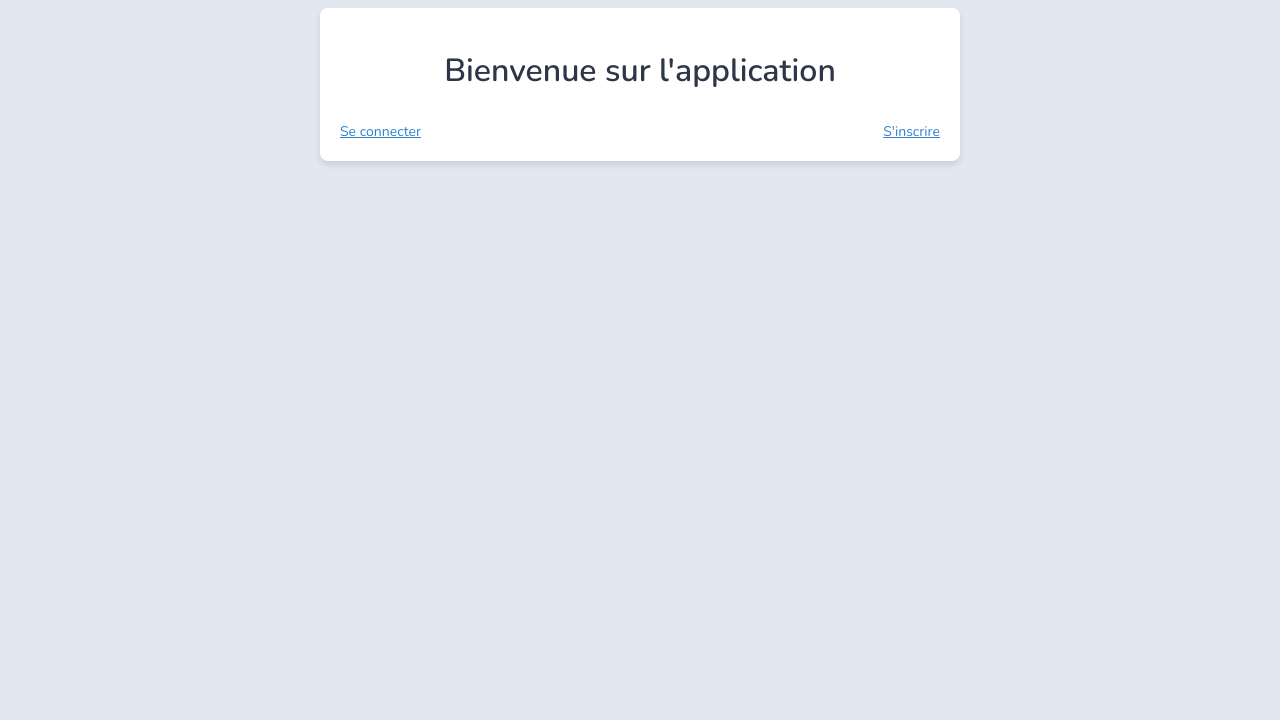
Repository: Fatumata-d/Authentification
Page: http://localhost/
These files come from the project's save history. The page is drawn as it stood at one moment and after the next save; the edit follows.
The browser window is 1280 px wide. The pictures show the whole page.
The page is served by the project's Laravel application, run on PHP 8.4 with Laravel 9.

Above is the page before, as saved 2025-02-05 16:58:50.

After the next save:
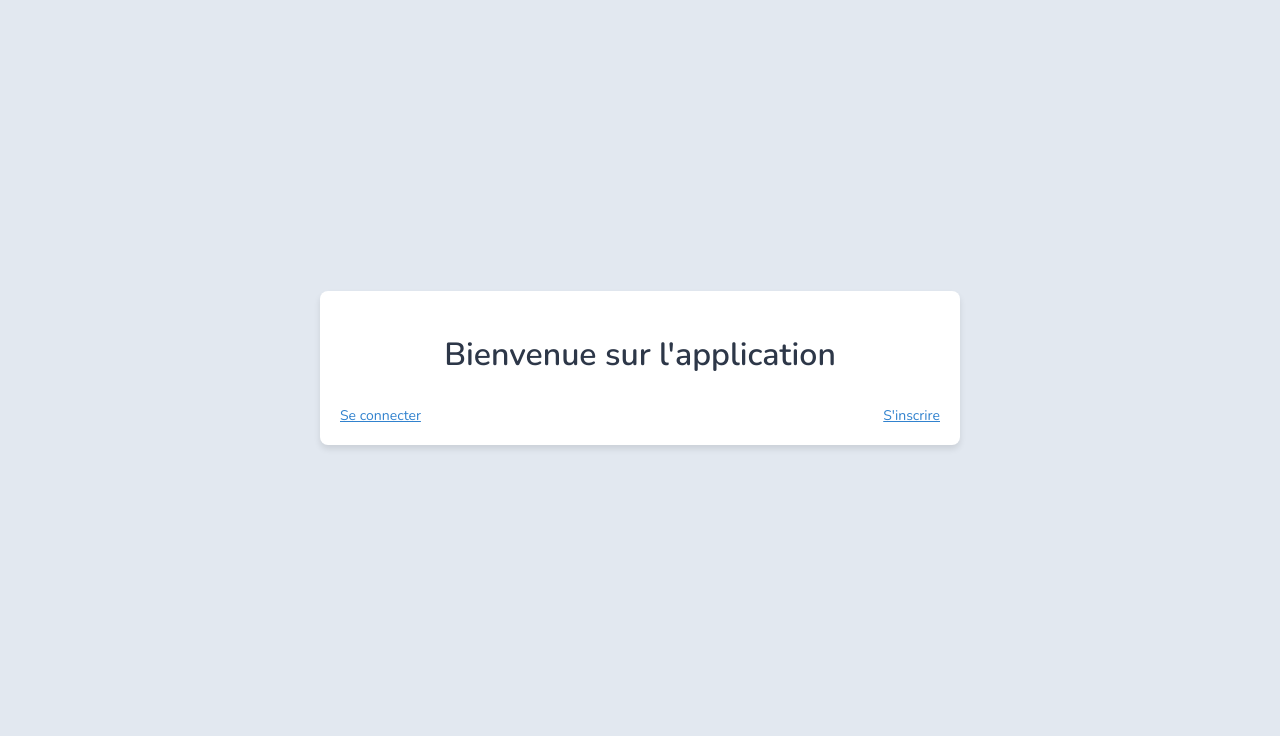
Saved 9 min 27 s later.
--- a/resources/views/welcome.blade.php
+++ b/resources/views/welcome.blade.php
@@ -55,11 +55,20 @@
             margin-top: 30px;
             font-size: 0.875rem;
         }
+
+        /* Centrage du parent */
+        .flex-center {
+            display: flex;
+            justify-content: center;
+            align-items: center;
+            min-height: 100vh;
+            padding: 0 20px;
+        }
     </style>
 </head>
 <body class="antialiased bg-custom">
 
-    <div class="relative flex items-top justify-center min-h-screen py-4 sm:items-center">
+    <div class="flex-center">
         @if (Route::has('login'))
             <div class="container">
                 <h1 class="title">Bienvenue sur l'application</h1>
@@ -70,7 +79,7 @@
                     @else
                         <a href="{{ route('login') }}" class="button-link">Se connecter</a>
                         @if (Route::has('register'))
-                            <a href="{{ route('register') }}" class="button-link">S'inscrire</a>
+                            <a href="{{ route('register') }}" class="ml-4 button-link">S'inscrire</a>
                         @endif
                     @endauth
                 </div>
